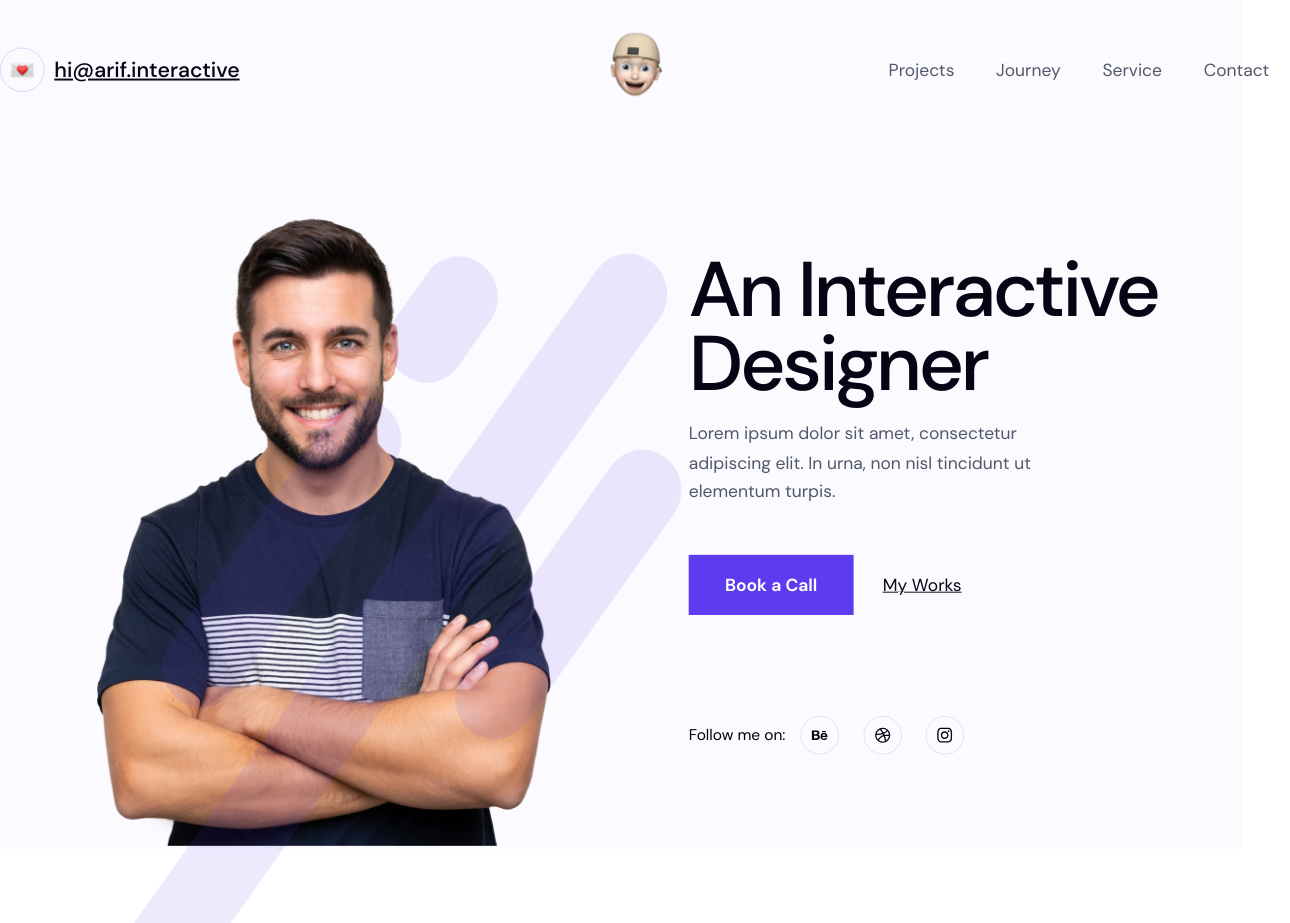
Repository: trantangtuan/project-06-grid-system12column-demo
Page: index.html
An editor plug-in stored every save of this project. The page is shown before and after the next save, followed by the edit.
The browser window is 1280 px wide. The page is 1330 px wide, so the pictures cover 1330 px, including what lies to the right of the window. The pictures show the whole page, at 97% of full size.

Above is the page before, as saved 2024-07-13 20:50:57.

After the next save:
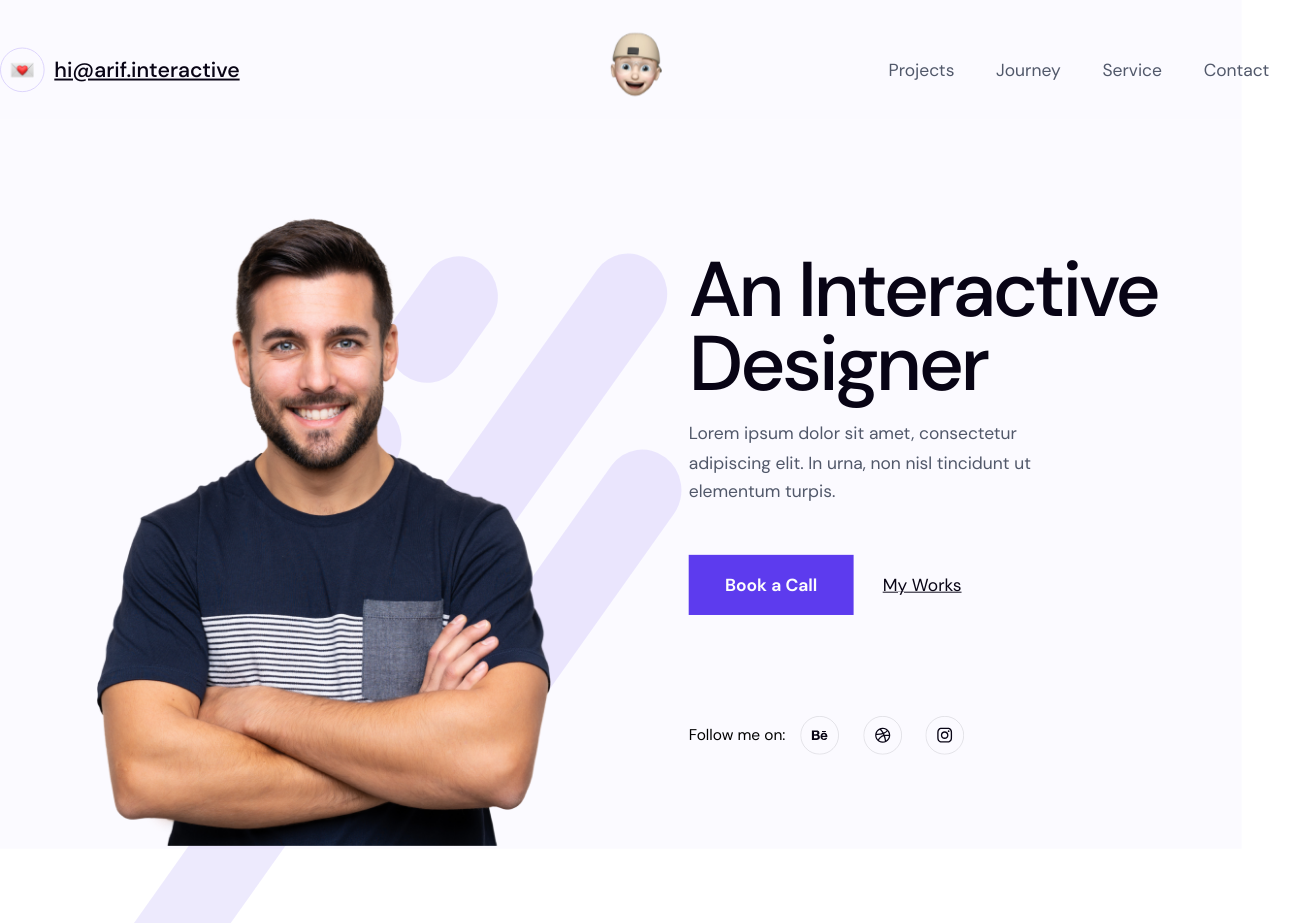
Saved 73 s later.
--- a/assets/css/style.css
+++ b/assets/css/style.css
@@ -120,11 +120,12 @@ a {
 
 .group-rectangle__left {
   position: absolute;
-  /* z-index: -1; */
+
   overflow: hidden;
 }
 
 .hero > .container {
+  position: relative;
   display: flex;
   align-items: center;
   z-index: 2;
